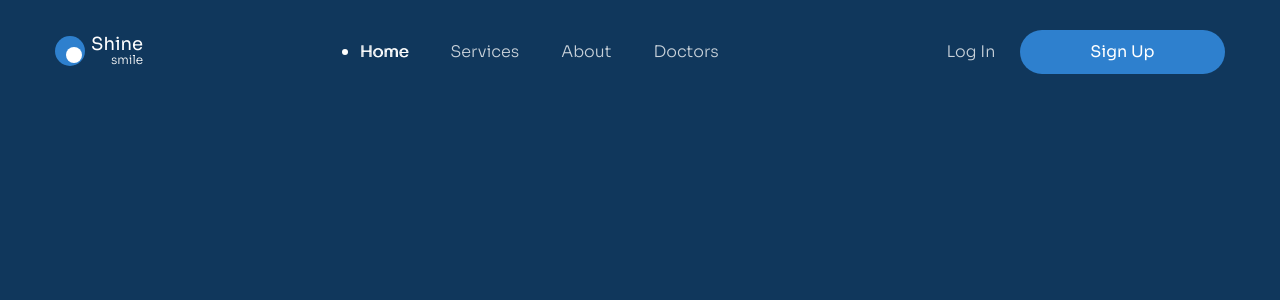
Repository: Tran-Dat/F8_Project_03
Page: index.html
The author's editor kept a copy of each file at every save. The page is drawn from the files as they stood at one save, then again after the next save.
The browser window is 1280 px wide. The pictures show the whole page.

Above is the page before, as saved 2023-04-03 10:05:09.

### index.html
<!DOCTYPE html>
<html lang="en">
    <head>
        <meta charset="UTF-8" />
        <meta http-equiv="X-UA-Compatible" content="IE=edge" />
        <meta name="viewport" content="width=device-width, initial-scale=1.0" />
        <title>shine smile</title>

        <!-- Favicon -->
        <link rel="apple-touch-icon" sizes="57x57" href="./assets/favicon/" />
        <link
            rel="apple-touch-icon"
            sizes="60x60"
            href="./assets/favicon/apple-icon-60x60.png"
        />
        <link
            rel="apple-touch-icon"
            sizes="72x72"
            href="./assets/favicon/apple-icon-72x72.png"
        />
        <link
            rel="apple-touch-icon"
            sizes="76x76"
            href="./assets/favicon/apple-icon-76x76.png"
        />
        <link
            rel="apple-touch-icon"
            sizes="114x114"
            href="./assets/favicon/apple-icon-114x114.png"
        />
        <link
            rel="apple-touch-icon"
            sizes="120x120"
            href="./assets/favicon/apple-icon-120x120.png"
        />
        <link
            rel="apple-touch-icon"
            sizes="144x144"
            href="./assets/favicon/apple-icon-144x144.png"
        />
        <link
            rel="apple-touch-icon"
            sizes="152x152"
            href="./assets/favicon/apple-icon-152x152.png"
        />
        <link
            rel="apple-touch-icon"
            sizes="180x180"
            href="./assets/favicon/apple-icon-180x180.png"
        />
        <link
            rel="icon"
            type="image/png"
            sizes="192x192"
            href="./assets/favicon/android-icon-192x192.png"
        />
        <link
            rel="icon"
            type="image/png"
            sizes="32x32"
            href="./assets/favicon/favicon-32x32.png"
        />
        <link
            rel="icon"
            type="image/png"
            sizes="96x96"
            href="./assets/favicon/favicon-96x96.png"
        />
        <link
            rel="icon"
            type="image/png"
            sizes="16x16"
            href="./assets/favicon/favicon-16x16.png"
        />
        <link rel="manifest" href="./assets/favicon/manifest.json" />
        <meta name="msapplication-TileColor" content="#ffffff" />
        <meta
            name="msapplication-TileImage"
            content="./assets/favicon/ms-icon-144x144.png"
        />
        <meta name="theme-color" content="#ffffff" />

        <!-- Emmet Fonts -->
        <link rel="preconnect" href="https://fonts.googleapis.com" />
        <link rel="preconnect" href="https://fonts.gstatic.com" crossorigin />
        <link
            href="https://fonts.googleapis.com/css2?family=Sora:wght@300;400;500;600;700;800&display=swap"
            rel="stylesheet"
        />

        <!-- Reset Css -->
        <link rel="stylesheet" href="./assets/css/reset.css" />
        <link rel="stylesheet" href="./assets/css/style.css" />
    </head>
    <body>
        <header class="header">
            <div class="container">
                <div class="header-top">
                    <!-- Logo -->
                    <a href="/">
                        <div class="logo">
                            <span class="logo__circle"> </span>
                            <span class="logo__text">
                                <span class="logo__brand">Shine</span>
                                <span class="logo__brand logo__brand--small">
                                    smile
                                </span>
                            </span>
                        </div>
                    </a>

                    <!-- NavBar -->
                    <nav class="navbar">
                        <ul class="navbar__list">
                            <li class="navbar__item">
                                <a
                                    href="#!"
                                    class="navbar__link navbar__item--active"
                                >
                                    Home
                                </a>
                            </li>
                            <li class="navbar__item">
                                <a href="#!" class="navbar__link">Services</a>
                            </li>
                            <li class="navbar__item">
                                <a href="#!" class="navbar__link">About</a>
                            </li>
                            <li class="navbar__item">
                                <a href="#!" class="navbar__link">Doctors</a>
                            </li>
                        </ul>
                    </nav>

                    <!-- Action -->
                    <div class="action">
                        <a href="" class="action__login">Log In</a>
                        <a href="" class="btn action__signup">Sign Up</a>
                    </div>
                </div>
            </div>
        </header>
    </body>
</html>

### assets/css/style.css
* {
    box-sizing: border-box;
}

:root {
    --header-bg: #10375c;
}

html {
    font-size: 62.5%;
}

body {
    font-size: 1.6rem;
    font-family: "Sora", sans-serif;
}

/* ================================================================ Common ================================================================ */

.btn {
    --heigh: 60px;

    display: inline-block;
    min-width: 205px;
    padding: 0 20px;
    height: var(--height);
    text-align: center;
    font-size: 1.6rem;
    font-weight: 400;
    line-height: var(--height);
    border-radius: 99px;
    color: #fff;
    background: #2e80ce;
}

a {
    text-decoration: none;
}

.container {
    width: 1170px;
    max-width: calc(100% - 48px);
    margin: 0 auto;
}

/* ================================================================ Header ================================================================ */

.header {
    min-height: 100vh;
    background: var(--header-bg);
    padding-top: 30px;
}

.header-top {
    display: flex;
    justify-content: space-between;
    align-items: center;
}

.logo {
    display: inline-flex;
    position: relative;
    font-size: 1rem;
}

.logo__circle::before,
.logo__circle::after {
    content: "";
    display: inline-block;
    border-radius: 50%;
}

.logo__circle::before {
    width: 3em;
    height: 3em;
    background: #2e80ce;
}

.logo__circle::after {
    position: absolute;
    top: 1.1em;
    left: 1.1em;
    width: 1.6em;
    height: 1.6em;
    background: #fff;
}

.logo__text {
    margin-left: 0.6em;
    text-align: right;
    line-height: 1.6em;
}

.logo__brand {
    display: block;
    font-size: 1.8em;
    font-weight: 400;
    color: #fff;
}

.logo__brand--small {
    font-size: 1.2em;
    font-weight: 300;
}

.navbar__list {
    display: flex;
}

.action__login,
.navbar__link {
    padding: 4px 21px;
    font-weight: 300;
    font-size: 1.6rem;
    line-height: 1.75;
    color: #c9d2da;
}

.navbar__link:hover,
.navbar__item--active {
    text-shadow: 1px 0 0 currentColor;
    color: #fff;
}

.navbar__item--active::before {
    position: relative;
    left: -8px;
    top: -2px;
    content: "";
    display: inline-block;
    width: 6px;
    height: 6px;
    border-radius: 50%;
    background-color: #fff;
}

.action__signup {
    --height: 44px;
    height: var(--height);
}

Loaded but not shown: assets/css/reset.css (common file)

After the next save:
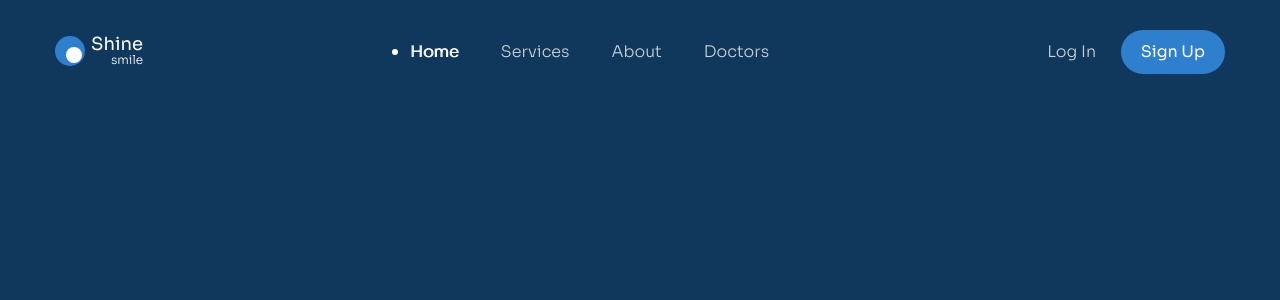
Saved 22 s later.
--- a/assets/css/style.css
+++ b/assets/css/style.css
@@ -137,4 +137,5 @@ a {
 .action__signup {
     --height: 44px;
     height: var(--height);
+    min-width: 104px;
 }
